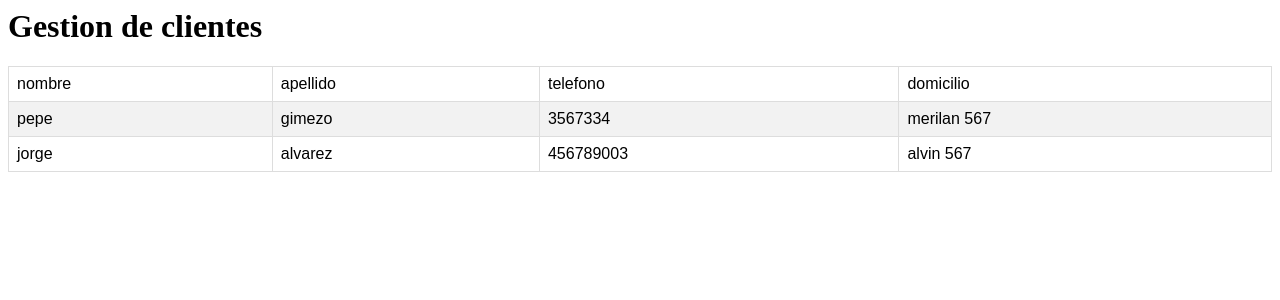
Repository: geraldine-ventura/Practicando.net
Page: index 2.html
The author's editor kept a copy of each file at every save. The page is drawn from the files as they stood at one save, then again after the next save.
The browser window is 1280 px wide. The pictures show the whole page.

Above is the page before, as saved 2022-12-20 11:08:40.

After the next save:
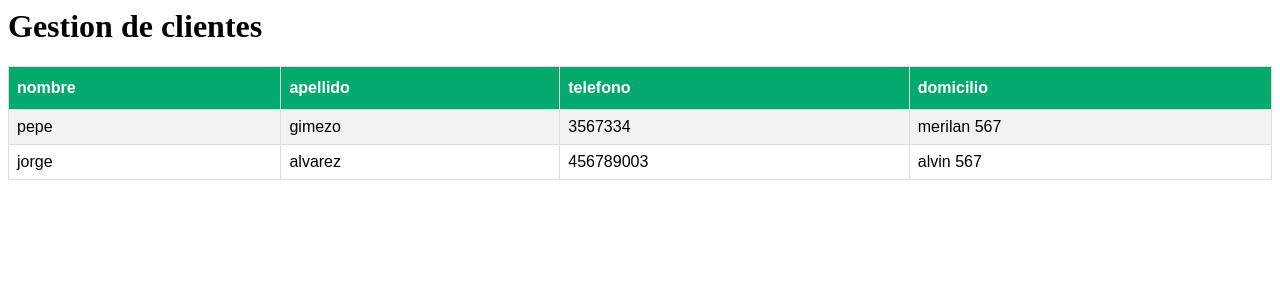
Saved 67 s later.
--- a/index 2.html
+++ b/index 2.html
@@ -1,10 +1,10 @@
 <h1>Gestion de clientes</h1>
 <table id= "customers">
     <tr>
-        <td>nombre</td>
-        <td>apellido</td>
-        <td>telefono</td>
-        <td>domicilio</td>
+        <th>nombre</th>
+        <th>apellido</th>
+        <th>telefono</th>
+        <th>domicilio</th>
     </tr>
     <tr>
         <td>pepe</td>
